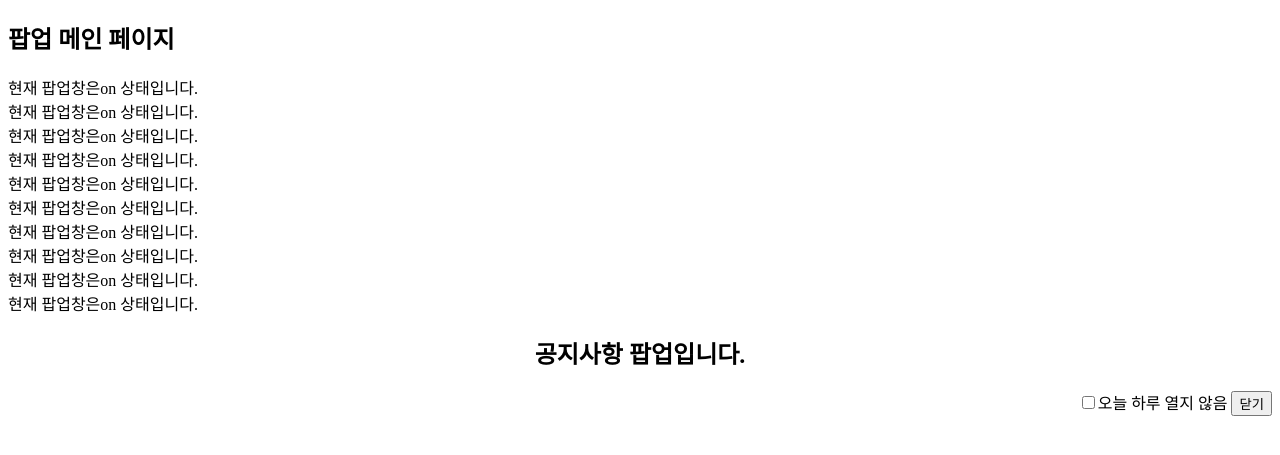
Repository: ks12b0000/JSP-School-Class
Page: http://localhost/chap08_JSP/cookie/popupMain02.jsp
An editor plug-in stored every save of this project. The page is shown before and after the next save, followed by the edit.
The browser window is 1280 px wide. The pictures show the whole page.
The page is served by Tomcat 9.

Above is the page before, as saved 2022-05-30 01:32:53.

After the next save:
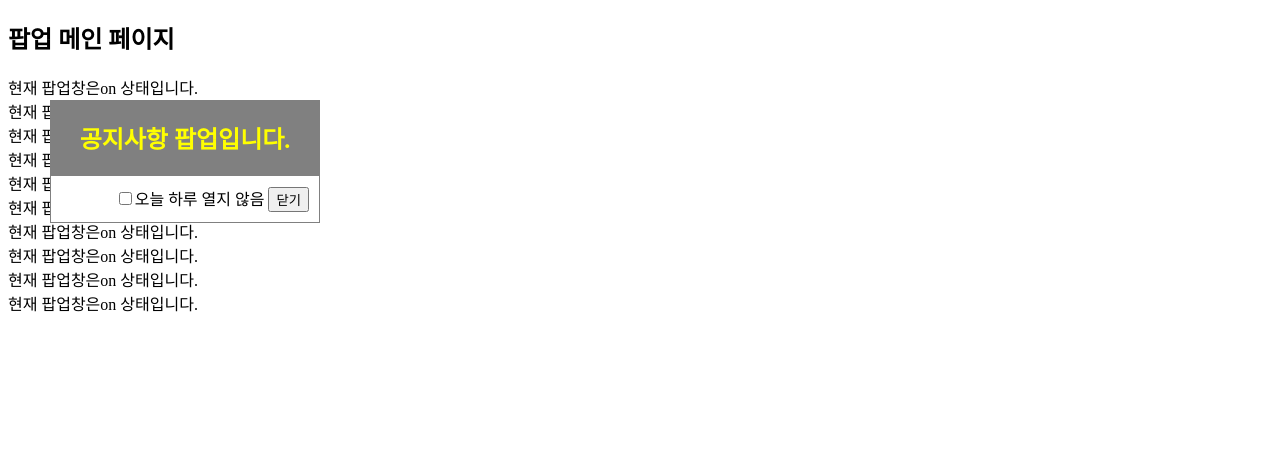
Saved 7 min 35 s later.
--- a/chap08_JSP/src/main/webapp/cookie/popupMain02.jsp
+++ b/chap08_JSP/src/main/webapp/cookie/popupMain02.jsp
@@ -8,12 +8,29 @@
 	<meta name="viewport" content="width=device-width, initial-scale=1.0">
 	<title>쿠키를 이용한 팝업 관리</title>
 	<style type="text/css">
+		div#popup {
+			position: absolute;
+			top: 100px;
+			left: 50px;
+			color: yellow;
+			width: 270px;
+			height: 100px;
+			background-color: gray;
+		}
 
+		div#popup>div {
+			position: relative;
+			background-color: #ffffff;
+			top: 0px;
+			border: 1px solid gray;
+			padding: 10px;
+			color: black;
+		}
 	</style>
 	<script src="https://ajax.googleapis.com/ajax/libs/jquery/3.6.0/jquery.min.js"></script>
 	<script type="text/javascript">
 		$(function() {
-			$('closeBtn').click(function() {	/* 닫기 버튼을 누르면  */
+			$('#closeBtn').click(function() {	/* 닫기 버튼을 누르면  */
 				$('#popup').hide();				/* 팝업창을 숨김 처리함 */
 			})
 		})
